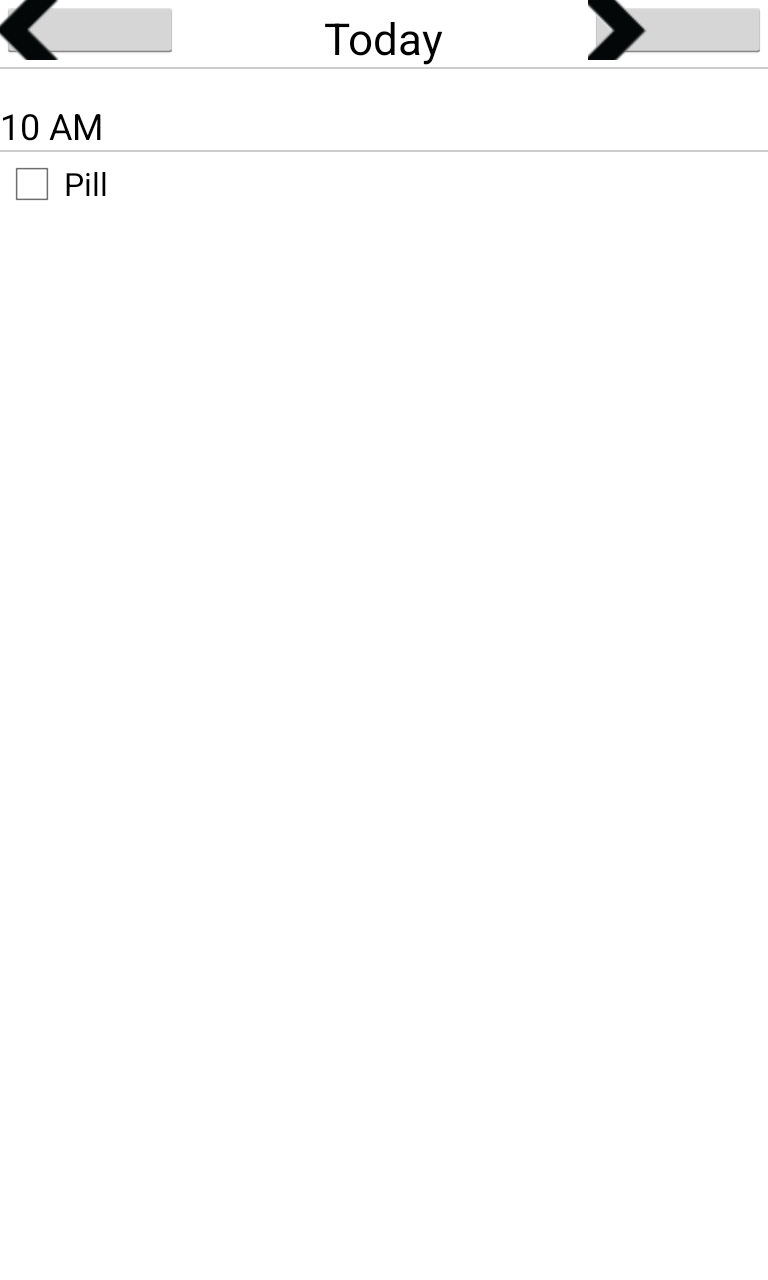
Repository: ranika/pilltracker
Layout: PillTracker/res/layout/fragment_med_log.xml
An editor plug-in stored every save of this project. The layout is shown before and after the next save, followed by the edit.
It is drawn on a 768 x 1280 px phone screen (xhdpi) without system bars, with theme AppTheme; the app's code is not run.

Above is the layout before, as saved 2014-04-10 03:34:17.

### PillTracker/res/layout/fragment_med_log.xml
<RelativeLayout xmlns:android="http://schemas.android.com/apk/res/android"
    android:layout_width="fill_parent"
    android:layout_height="fill_parent" >

    <Button
        android:id="@+id/button1"
        style="?android:attr/buttonStyleSmall"
        android:layout_width="90dp"
        android:layout_height="30dp"
        android:layout_alignParentLeft="true"
        android:layout_alignParentTop="true"
        android:drawableRight="@drawable/arrow_left" />

    <Button
        android:id="@+id/button2"
        android:layout_width="90dp"
        android:layout_height="30dp"
        android:layout_alignParentRight="true"
        android:layout_alignParentTop="true"
        android:drawableRight="@drawable/arrow_right" />

    <TextView
        android:id="@+id/textView1"
        android:layout_width="wrap_content"
        android:layout_height="wrap_content"
        android:layout_alignBaseline="@+id/button2"
        android:layout_alignBottom="@+id/button2"
        android:layout_centerHorizontal="true"
        android:text="@string/today"
        android:textAppearance="?android:attr/textAppearanceLarge" />

    <View
        android:id="@+id/view1"
        android:layout_width="fill_parent"
        android:layout_height="1dp"
        android:layout_alignParentLeft="true"
        android:layout_below="@+id/textView1"
        android:background="@color/black"
        android:paddingTop="20dp" />

    <TextView
        android:id="@+id/textView2"
        android:layout_width="wrap_content"
        android:layout_height="wrap_content"
        android:layout_alignParentLeft="true"
        android:layout_below="@+id/view1"
        android:layout_marginTop="16dp"
        android:text="@string/ten_am"
        android:textAppearance="?android:attr/textAppearanceMedium" />

    <View
        android:id="@+id/view2"
        android:layout_width="fill_parent"
        android:layout_height="1dp"
        android:layout_alignParentLeft="true"
        android:layout_below="@+id/textView2"
        android:background="@color/black"
        android:paddingTop="20dp" />

    <CheckBox
        android:id="@+id/checkBox1"
        android:layout_width="wrap_content"
        android:layout_height="wrap_content"
        android:layout_alignParentLeft="true"
        android:layout_below="@+id/view2"
        android:text="@string/pill" />

</RelativeLayout>

### PillTracker/res/values/strings.xml
<?xml version="1.0" encoding="utf-8"?>
<resources>

    <string name="app_name">Pill Tracker</string>
    <string name="action_settings">Settings</string>
    <string name="med_log">Medication Log</string>
    <string name="prescriptions">Prescriptions</string>
    <string name="reminders">Reminders</string>
    <string name="doctors">Doctors</string>
    <string name="pharmacies">Pharmacies</string>
    <string name="notes">Notes</string>
    <string name="settings">Settings</string>

    <color name="black">#CCCCCC</color>

    <string name="title_activity_med_log">Medication Log</string>
    <string name="today">Today</string>
    <string name="ten_am">10 AM</string>
    <string name="pill">Pill</string>
    <string name="vitamin">Vitamin</string>
    <string name="ten_pm">10 PM</string>
    <string name="nasal">Nasal Spray</string>

</resources>

Loaded but not shown: PillTracker/res/values/styles.xml (common file); PillTracker/res/values-v11/styles.xml (common file); PillTracker/res/values-v14/styles.xml (common file)

After the next save:
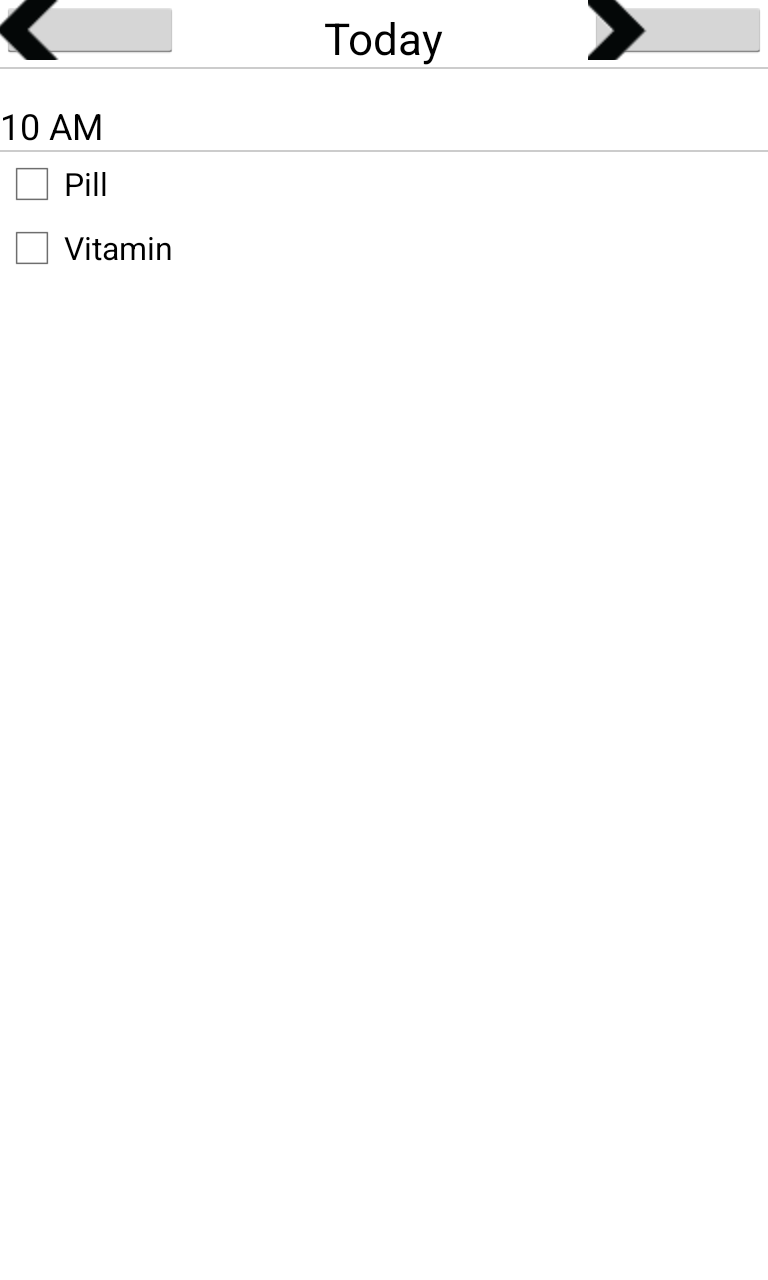
Saved 26 s later.
--- a/PillTracker/res/layout/fragment_med_log.xml
+++ b/PillTracker/res/layout/fragment_med_log.xml
@@ -65,4 +65,12 @@
         android:layout_below="@+id/view2"
         android:text="@string/pill" />
 
+    <CheckBox
+        android:id="@+id/checkBox2"
+        android:layout_width="wrap_content"
+        android:layout_height="wrap_content"
+        android:layout_alignParentLeft="true"
+        android:layout_below="@+id/checkBox1"
+        android:text="@string/vitamin" />
+
 </RelativeLayout>
